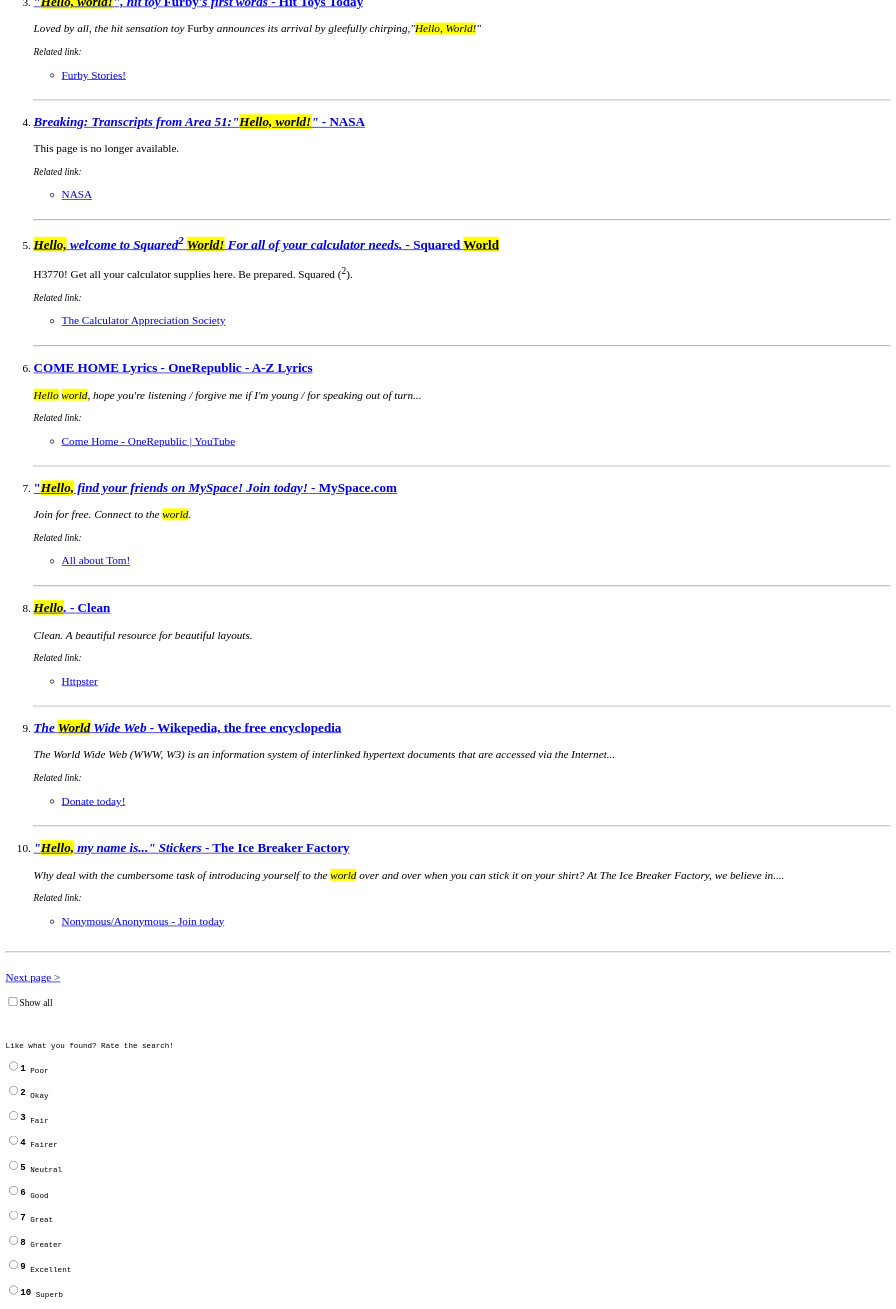
Repository: simonekurtz/simonekurtz.github.io
Page: 1ASGN_HelloWorld/HelloWorld.html
The author's editor kept a record of every edit. The page is drawn from the files as they stood at one moment, then again after the next edit.
The browser window is 1280 px wide. The pictures show the part of the page from y = 776 to 2696 px (the page is 2646 px tall before and 2696 px after), at 70% of full size.

Above is the page before.

### 1ASGN_HelloWorld/HelloWorld.html
<html>
    <head>
       <title>Hello, world!</title>
    </head>
    <body>
        <p><strong>Sign in</strong> or <a href="1ASGN_HelloWorld/RelativeLink.html"><strong>Sign up!</strong></a></p>
        <p><input type= "text" placeholder="screenname"></p>
        <p><input type= "text" placeholder="password"></p>
            <a href="1ASGN_HelloWorld/RelativeLink.html"><small>I forgot my password</small></a></p>
        <p><small>Sign in as a guest</small> <input type="checkbox" name="Guest"></p>

        <br>

        <h1>SearchingLikeIts1999.com</h1>
            <p><input type= "text" placeholder="search"></p>

        <br>

        <h2>Search results for "<mark>Hello, world!</mark>"</h2>

        <hr>

<!--Beginning of the list-->
        <ol>
<!--1st-->
          <li>
              <h3><a href="http://en.wikipedia.org/wiki/%22Hello,_world!%22_program">"<em><mark>Hello, world!</mark>" program</em> - Wikepedia, the free encyclopedia</a></h3>
              <p><em>A "<mark>Hello, World!</mark>" program is a computer program that outputs "<mark>Hello, World!</mark>" (or some variant thereof) on a display device. Because it is typically one of the ...</em></p>
              <p><em><small>Related link:</small></em></p>
              <ul>
                  <li><a href="https://donate.wikimedia.org/w/index.php?title=Special:FundraiserLandingPage&country=US&uselang=en&utm_medium=sidebar&utm_source=donate&utm_campaign=C13_wikimediafoundation.org">Donate today!</a></li>
              </ul>

              <br>

          </li>

          <hr>
<!--2nd-->
          <li>
              <h3><a href="https://guides.github.com/activities/hello-world/"><em><mark>Hello</mark>, <mark>world</mark></em> - GitHub Guides</a></h3>
              <p><em>The <mark>Hello</mark> <mark>World</mark> project is a time-honored tradition in computer programming. It is a simple exercise that gets you started when learning something new. Let's get ...</em></p>
              <p><em><small>Related link:</small></em></p>
              <ul>
                  <li><a href="https://guides.github.com/activities/hello-world/#repository">Creating a repository</a></li>
              </ul>

              <br>

          </li>

          <hr>
<!--3rd-->
          <li>
              <h3><a href="1ASGN_HelloWorld/RelativeLink.html">"<em><mark>Hello, world!</mark>", hit toy </em>Furby<em>'s first words</em> - Hit Toys Today</a></h3>
              <p><em>Loved by all, the hit sensation toy</em> Furby <em> announces its arrival by gleefully chirping,"<mark>Hello, World!</mark>"</em></p>
              <p><em><small>Related link:</small></em></p>
              <ul>
                  <li><a href="http://furbystories.tumblr.com/">Furby Stories!</a></li>
              </ul>

              <br>

          </li>

          <hr>
<!--4th-->
          <li>
              <h3><a href="1ASGN_HelloWorld/RelativeLink.html"><em>Breaking: Transcripts from Area 51:"<mark>Hello, world!</mark>"</em> - NASA </a></h3>
              <p>This page is no longer available.</p>
              <p><em><small>Related link:</small></em></p>
              <ul>
                  <li><a href="http://www.nasa.gov/">NASA</a></li>
              </ul>

              <br>

          </li>

          <hr>
<!--5th-->
          <li>
              <h3><a href="1ASGN_HelloWorld/RelativeLink.html"><em><mark>Hello,</mark> welcome to Squared<sup>2</sup> <mark>World!</mark> For all of your calculator needs.</em> - Squared <mark>World</mark></a></h3>
              <p>H3770! Get all your calculator supplies here. Be prepared. Squared (<sup>2</sup>).</p>
              <p><em><small>Related link:</small></em></p>
              <ul>
                  <li><a href="http://calculate.tumblr.com/">The Calculator Appreciation Society</a></li>
              </ul>

              <br>

          </li>

          <hr>
<!--6th-->
          <li>
              <h3><a href="http://www.azlyrics.com/lyrics/onerepublic/comehome.html">COME HOME Lyrics - OneRepublic </em> - A-Z Lyrics</a></h3>
              <p><em><mark>Hello</mark> <mark>world</mark>, hope you're listening / forgive me if I'm young / for speaking out of turn...</em></p>
              <p><em><small>Related link:</small></em></p>
              <ul>
                  <li><a href="https://www.youtube.com/watch?v=VHnMHPIaTek">Come Home - OneRepublic | YouTube</a></li>
              </ul>

              <br>

          </li>

          <hr>
<!--7th-->
          <li>
              <h3><a href="http://myspace.com">"<em><mark>Hello,</mark> find your friends on MySpace! Join today!</em> - MySpace.com</a></h3>
              <p><em>Join for free. Connect to the <mark>world</mark>.</em></p>
              <p><em><small>Related link:</small></em></p>
              <ul>
                  <li><a href="http://en.wikipedia.org/wiki/Tom_Anderson">All about Tom!</a></li>
              </ul>

              <br>

          </li>

          <hr>
<!--8th-->
          <li>
              <h3><a href="1ASGN_HelloWorld/RelativeLink.html"><em><mark>Hello</mark>. </em> - Clean</a></h3>
              <p><em>Clean. A beautiful resource for beautiful layouts.</em></p>
              <p><em><small>Related link:</small></em></p>
              <ul>
                  <li><a href="http://httpster.net">Httpster</a></li>
              </ul>

              <br>

          </li>

          <hr>
<!--9th-->
          <li>
              <h3><a href="http://en.wikipedia.org/wiki/World_Wide_Web"><em>The <mark>World</mark> Wide Web</em> - Wikepedia, the free encyclopedia</a></h3>
              <p><em>The World Wide Web (WWW, W3) is an information system of interlinked hypertext documents that are accessed via the Internet...</em></p>
              <p><em><small>Related link:</small></em></p>
              <ul>
                  <li><a href="https://donate.wikimedia.org/w/index.php?title=Special:FundraiserLandingPage&country=US&uselang=en&utm_medium=sidebar&utm_source=donate&utm_campaign=C13_wikimediafoundation.org">Donate today!</a></li>
              </ul>

              <br>

          </li>

          <hr>
<!--10th-->
          <li>
              <h3><a href="1ASGN_HelloWorld/RelativeLink.html"><em>"<mark>Hello,</mark> my name is..." Stickers</em> - The Ice Breaker Factory</a></h3>
              <p><em>Why deal with the cumbersome task of introducing yourself to the <mark>world</mark> over and over when you can stick it on your shirt? At The Ice Breaker Factory, we believe in....</em></p>
              <p><em><small>Related link:</small></em></p>
              <ul>
                  <li><a href="1ASGN_HelloWorld/RelativeLink.html">Nonymous/Anonymous - Join today</a></li>
              </ul>

              <br>

          </li>
        </ol>
<!--End of the list-->

          <hr>
          <br>
              <a href="1ASGN_HelloWorld/RelativeLink.html"> Next page ></a>
              <p><small><input type="checkbox">Show all</small></p>
          <br>
          <code>
              <p><small>Like what you found? Rate the search!</small></p>
              <p><input type= "radio"><strong>1</strong><sub> Poor</sub></p>
              <p><input type= "radio"><strong>2</strong><sub> Okay</sub></p>
              <p><input type= "radio"><strong>3</strong><sub> Fair</sub></p>
              <p><input type= "radio"><strong>4</strong><sub> Fairer</sub></p>
              <p><input type= "radio"><strong>5</strong><sub> Neutral</sub></p>
              <p><input type= "radio"><strong>6</strong><sub> Good</sub></p>
              <p><input type= "radio"><strong>7</strong><sub> Great</sub></p>
              <p><input type= "radio"><strong>8</strong><sub> Greater</sub></p>
              <p><input type= "radio"><strong>9</strong><sub> Excellent</sub></p>
              <p><input type= "radio"><strong>10</strong><sub> Superb</sub></p>
        </code>

    </body>
</html>

After the next edit:
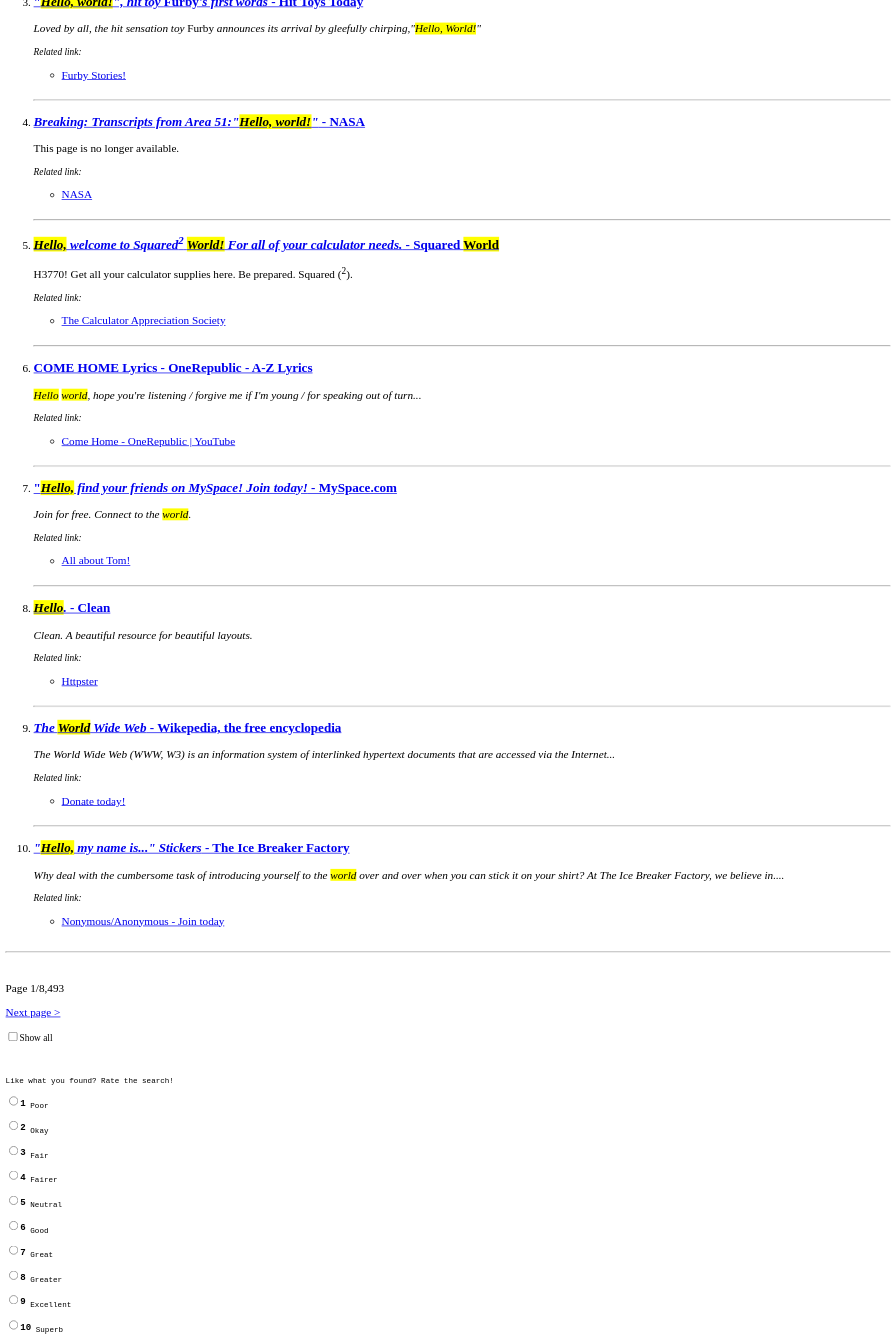
The edit:
--- a/1ASGN_HelloWorld/HelloWorld.html
+++ b/1ASGN_HelloWorld/HelloWorld.html
@@ -165,6 +165,7 @@
 
           <hr>
           <br>
+              <p>Page 1/8,493</p>
               <a href="1ASGN_HelloWorld/RelativeLink.html"> Next page ></a>
               <p><small><input type="checkbox">Show all</small></p>
           <br>
